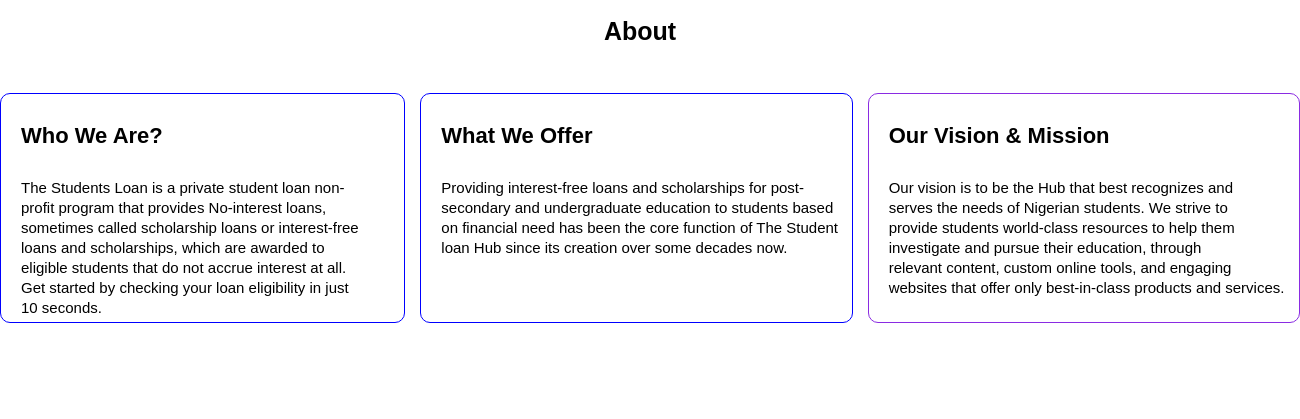
Repository: Tobby004/basic-loanweb
Page: about.html
The author's editor kept a copy of each file at every save. The page is drawn from the files as they stood at one save, then again after the next save.
The browser window is 1280 px wide. The page is 1300 px wide, so the pictures cover 1300 px, including what lies to the right of the window. The pictures show the whole page.

Above is the page before, as saved 2023-07-06 09:07:10.

### about.html
<!DOCTYPE html>
<html lang="en">
<head>
    <meta charset="UTF-8">
    <meta http-equiv="X-UA-Compatible" content="IE=edge">
    <meta name="viewport" content="width=device-width, initial-scale=1.0">
    <title>About</title>
    <link rel="stylesheet" href="about.css">
    <link rel="stylesheet" href="https://cdnjs.cloudflare.com/ajax/libs/font-awesome/6.4.0/css/all.min.css" integrity="sha512-iecdLmaskl7CVkqkXNQ/ZH/XLlvWZOJyj7Yy7tcenmpD1ypASozpmT/E0iPtmFIB46ZmdtAc9eNBvH0H/ZpiBw==" crossorigin="anonymous" referrerpolicy="no-referrer" />
</head>
<body>
    <h1>About</h1>
    <div class="container">
    <div class="box-1">
        <h4>Who We Are?</h4>
        <p> The Students Loan is a private student loan non- <br>
             profit program that provides No-interest loans,<br>
             sometimes called scholarship loans or interest-free <br>
             loans and scholarships, which are awarded to <br>eligible students that do not accrue interest at all.<br>
              Get started by checking your loan eligibility in just<br> 10 seconds.</p>
    </div>
    <div class="box-2">
        <h4>What We Offer</h4>
        <p> Providing interest-free loans and scholarships for post-<br>
            secondary and undergraduate education to students based <br>
            on financial need has been the core function of The Student <br>
            loan Hub since its creation over some decades now.</p>
    </div>
    <div class="box-3">
        <h4>Our Vision & Mission</h4>
        <p>  Our vision is to be the Hub that best recognizes and <br>
             serves the needs of Nigerian students. We strive to <br>
             provide students world-class resources to help them <br>
             investigate and pursue their education, through <br>
             relevant content, custom online tools, and engaging <br>
             websites that offer only best-in-class products and services.</p>
    </div>
    </div>
</body>
</html>

### about.css
*{
    box-sizing: border-box;
}
body {
    margin: 0;
    background: #ffffff;

}

h1 {
    text-align: center;
    font-size: 25px;
    font-family: sans-serif;
}
.container {
    margin: auto;
    display: flex;
    justify-content: space-between;
    height: 300px;
    width: 1300px;
    background: #ffffff;
    gap: 15px;
}
.box-1{
  margin-top: 30px;
  height: 230px;
  width: 450px;
  background: white;
  border-radius: 10px;
  border:solid 0.5px blue;
}
.box-2{
  margin-top: 30px;
  height: 230px;
  width: 480px;
  background: #ffffff;
  border-radius: 10px;
  border: solid 0.5px blue;
}
.container h4 {
    font-size: 22px;
    margin-left: 20px;
    font-family: sans-serif;
}
.container p {
    margin-left: 20px;
    font-size: 15px;
    font-family: sans-serif;
    line-height: 20px;
}
.box-3{
    height: 230px;
    width: 480px;
     margin-top: 30px;
    background: #ffffff;
    border-radius: 10px;
    border: solid 0.5px blueviolet;
}


.footer{
    background: rgb(126, 120, 129);
    width: 100%;
    padding: 20px 30px 20px;
}
.socialicon {
    display: flex;
    justify-content: center;
}
.socialicon a {
    text-decoration: none;
    padding: 10px;
    margin: 10px;
    background: #ffffff;
    border-radius: 40%;
}
.socialicon a i {
    font-size: 2em;
    color: black;
}
.footernav ul {
 display: flex;
 justify-content: center;
 list-style: none;
}
.footernav ul li a{
 color: #ffffff;
 margin: 20px;
 text-decoration: none;
 font-size: 1.3em;
}
.footerbottom {
    background-color: black;
    padding: 10px;
    text-align: center;
}
.footerbottom p {
    color:white
}


@media only screen and (max-width:550px) {
     body {
        overflow: hidden;
     }
    .nav-links {
        position: absolute;
        right: 0px;
        top: 5vh;
        height: 70vh;
        background: black;
        display: flex;
        gap: 10px;
        width: 50%;
        flex-direction: column;
        align-items: center;
        transform: translateX(100%);
        transition: transform 0.5s ease-in;
    }
    .nav-links li {
        opacity: 1;
    }
    .nav-links li :hover {
        transition: all 5s;
        color: red;
    }
    .burger {
        display: block;
        cursor: pointer;
    }
   .nav-active {
    transform: translateX(0%);
   }
   .footernav {
    flex-direction: column;
   }
   .footernav ul li {
    width: 100%;
    text-align: center;
    margin: 1opx;
   }
    .container {
        display: inline-block;
        width:100% ;
        margin-left: auto;
        margin-right: auto;
        margin: 50px;
    }
    .box-1{
        margin-top: 10px;
        width: 80%;
      }
      .box-2{
        margin-top: 10px;
        width: 80%;
      }
     .box-3 {
      margin-top: 10px;
      width: 80%;
     }
      .container h4 {
      font-size: 18px;
      }
      .container p {
      font-size: 10px;
      font-family: sans-serif;
      line-height: 20px;
   }
   h1 {
    text-align: center;
    font-size: 20px;
    font-weight: bold;
    font-family: Georgia, 'Times New Roman', Times, serif;
   }


}

After the next save:
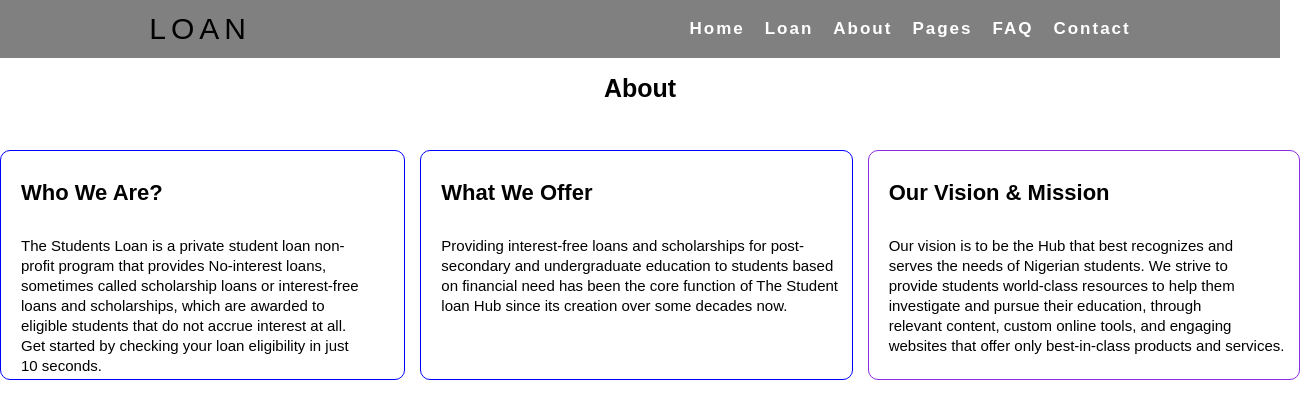
Saved 3 min 28 s later.
--- a/about.html
+++ b/about.html
@@ -9,6 +9,22 @@
     <link rel="stylesheet" href="https://cdnjs.cloudflare.com/ajax/libs/font-awesome/6.4.0/css/all.min.css" integrity="sha512-iecdLmaskl7CVkqkXNQ/ZH/XLlvWZOJyj7Yy7tcenmpD1ypASozpmT/E0iPtmFIB46ZmdtAc9eNBvH0H/ZpiBw==" crossorigin="anonymous" referrerpolicy="no-referrer" />
 </head>
 <body>
+    <nav>
+        <div class="logo">LOAN</div>
+            <ul class="nav-links">
+                    <li><a class="active"><a href="index.html">Home</a></li>
+                    <li><a href="apply.html">Loan</a></li>
+                    <li><a href="about.html">About</a></li>
+                    <li><a href="#">Pages</a></li>
+                    <li><a href="#">FAQ</a></li>
+                    <li><a href="contact.html">Contact</a></li>
+            </ul>
+            <div class="burger">
+            <div class="line1"></div>
+            <div class="line2"></div>
+            <div class="line3"></div>
+            </div>
+        </nav>
     <h1>About</h1>
     <div class="container">
     <div class="box-1">
--- a/about.css
+++ b/about.css
@@ -4,9 +4,54 @@
 body {
     margin: 0;
     background: #ffffff;
-
-}
-
+}
+nav {
+    display: flex;
+    justify-content: space-around;
+    align-items: center;
+    min-height: 8vh;
+    font-family: sans-serif;
+    background: gray;
+}
+.logo {
+    color: black;
+    text-transform: uppercase;
+    letter-spacing: 5px;
+    font-size: 30px;
+    margin-right: 100px;
+    font-family: sans-serif ;
+}
+ .nav-links {
+    display: flex;
+    justify-content: space-around;
+    width: %;
+    gap: 20px;
+ }
+.nav-links a {
+    color: #ffffff;
+     text-decoration: none;
+     letter-spacing: 2px;
+     font-weight: bold;
+     font-size: 17px;
+}
+.nav-links li :hover {
+    transition: all 3s;
+    background: #ffffff;
+    color: blue;
+}
+.nav-links li {
+    list-style: none;
+}
+.burger div {
+    width: 25px;
+    height: 5px;
+    background-color: #ffffff;
+    margin: 5px;
+    transition: all 0.3s ease-in;
+}
+.burger {
+    display: none;
+}
 h1 {
     text-align: center;
     font-size: 25px;
